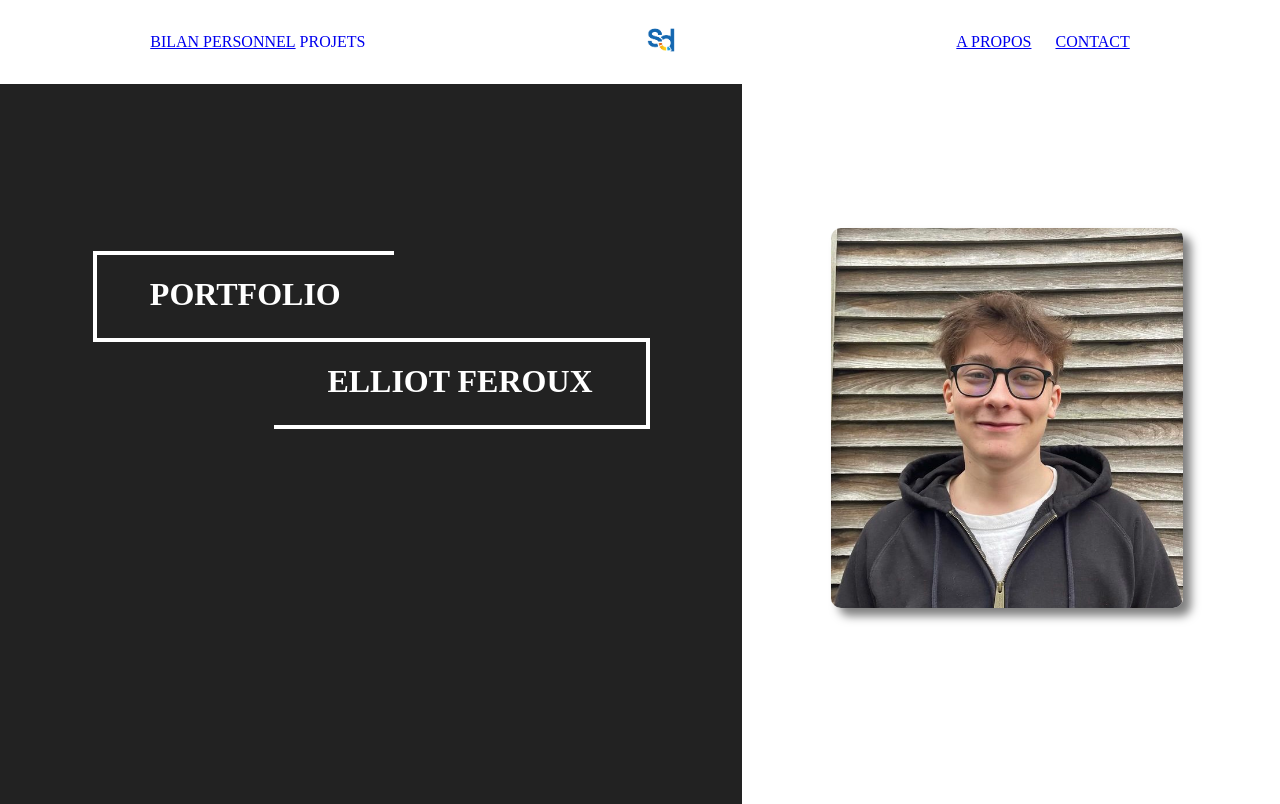
Repository: elliotfx/elliotfx.github.io
Page: html/main.html
The author's editor kept a copy of each file at every save. The page is drawn from the files as they stood at one save, then again after the next save.
The browser window is 1280 px wide. The pictures show the whole page.

Above is the page before, as saved 2025-03-05 15:35:17.

After the next save:
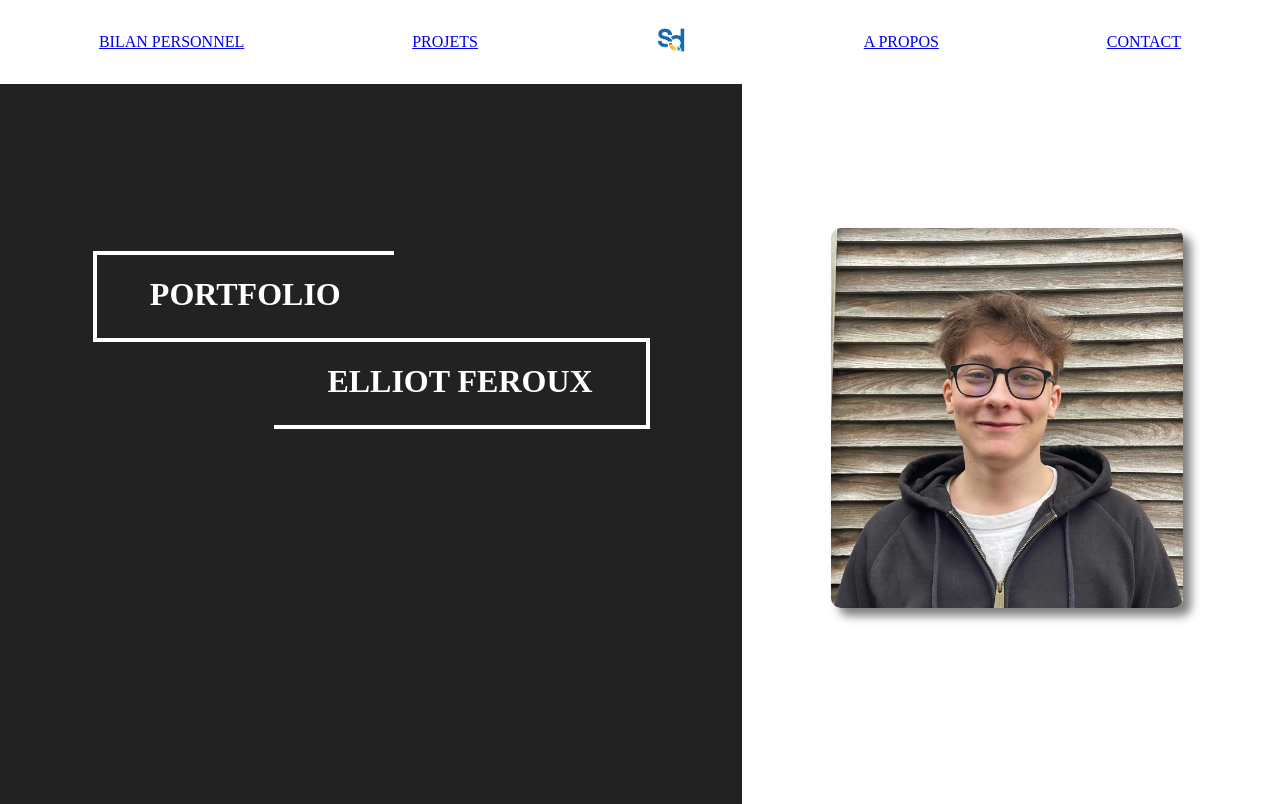
Saved 8 s later.
--- a/html/main.html
+++ b/html/main.html
@@ -21,24 +21,17 @@
         <div class="burger-container">
             <i class="fa fa-bars iconeburger" aria-hidden="true"></i>
         </div>
+        <!-- Navbar réorganisée avec tous les éléments au même niveau -->
         <ul class="navbar-menu">
-            <li class="left-links">
-                <ul class="left-links-submenu">
-                    <li class="link-nav-underline"><a href="bilan.html">BILAN PERSONNEL</a></li>
-                    <a href="projets.html"><li class="link-nav-underline-projet">PROJETS</li></a>
-                </ul>
-            </li>
+            <li class="link-nav-underline"><a href="bilan.html">BILAN PERSONNEL</a></li>
+            <li class="link-nav-underline-projet"><a href="projets.html">PROJETS</a></li>
             <li class="logo">
                 <a href="https://iutp.univ-poitiers.fr/sd/" target="_blank">
                     <img src="./../Images/SD.png" alt="Logo BUT Sciences des Données">
                 </a>
             </li>
-            <li class="right-links">
-                <ul>
-                    <li class="link-nav-underline"><a href="apropos.html">A PROPOS</a></li>
-                    <li class="link-nav-underline"><a href="contact.html">CONTACT</a></li>
-                </ul>
-            </li>
+            <li class="link-nav-underline"><a href="apropos.html">A PROPOS</a></li>
+            <li class="link-nav-underline"><a href="contact.html">CONTACT</a></li>
         </ul>
     </div>
 
